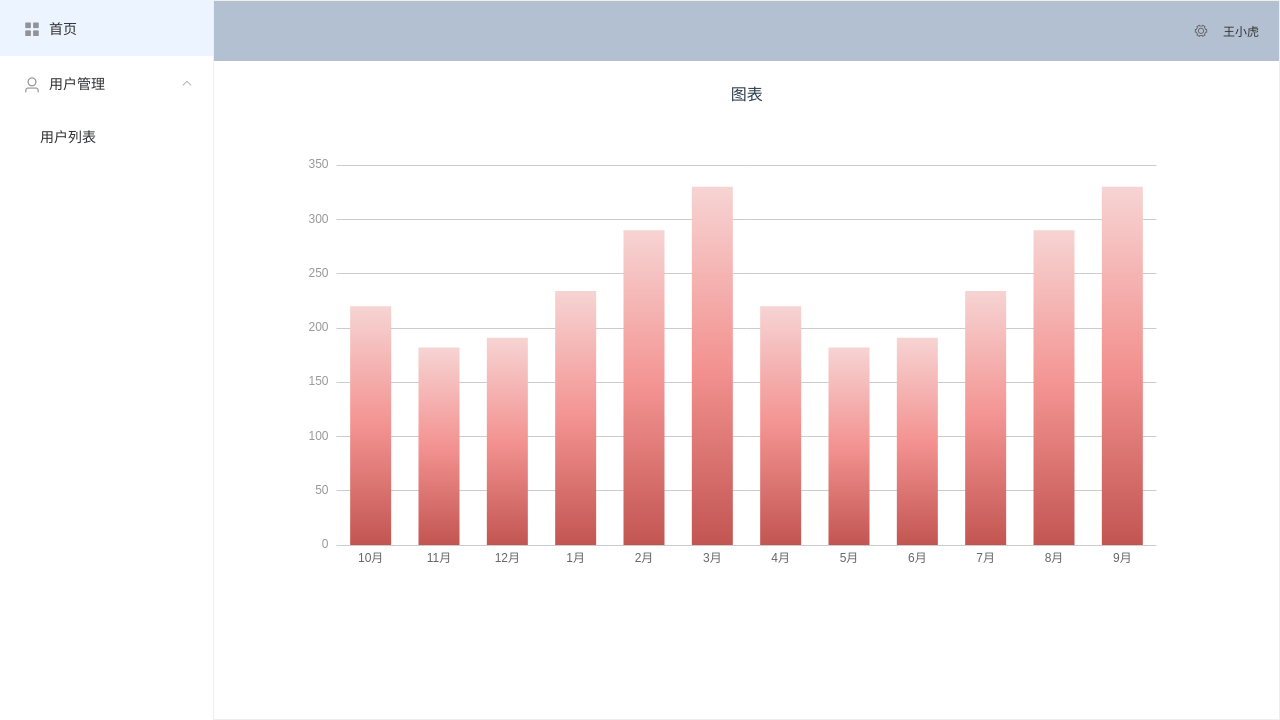
Repository: cmw520520/admin_vue
Page: /#/example/echart
The author's editor kept a copy of each file at every save. The page is drawn from the files as they stood at one save, then again after the next save.
The browser window is 1280 px wide. The pictures show the whole page.
The project was rebuilt for these pictures with package versions that can differ from the ones it lists, and the page was loaded fresh each time. Also part of the build but not shown: src/page/home/Home.vue, src/page/user/UserList.vue.

Above is the page before, as saved 2019-07-01 13:58:09.

### index.html
<!DOCTYPE html>
<html>
  <head>
    <meta charset="utf-8">
    <meta name="viewport" content="width=device-width,initial-scale=1.0">
    <title>cmw</title>
  </head>
  <body>
    <div id="app"></div>
    <!-- built files will be auto injected -->
  </body>
</html>

### src/App.vue
<template>
  <div id="app">
    <!-- <img src="./assets/logo.png"> -->
    <router-view/>
  </div>
</template>

<script>
export default {
  name: 'App'
}
</script>

<style>
#app {
  font-family: 'Avenir', Helvetica, Arial, sans-serif;
  -webkit-font-smoothing: antialiased;
  -moz-osx-font-smoothing: grayscale;
  text-align: center;
  color: #2c3e50;
  width: 100%;
  height: 100%;
  /* margin-top: 60px; */
}

body, html {
  margin: 0;
  padding: 0;
  height: 100%;
  width: 100%;
}
</style>

### src/router/index.js
import Vue from 'vue'
import Router from 'vue-router'
// import HelloWorld from '@/components/HelloWorld'
import Manage from '@/page/Manage'
import Home from '@/page/home/Home'
import UserList from '@/page/user/UserList'
import Echart from '../../example/Echart'

Vue.use(Router)

export default new Router({
  routes: [
    {
      path: '/',
      name: '',
      component: Manage,
      children: [
        {
          path: '',
          component: Home,
          meta: []
        },
        {
          path: '/user/userlist',
          component: UserList,
          meta: []
        },
        {
          path: '/example/echart',
          component: Echart,
          meta: ['图表']
        }
      ]
    }
  ]
})

### src/page/Manage.vue
<template>
  <el-container style="height: 100%;">
    <el-col :span="4" style="background-color: #ffffff;overflow:hidden;">
      <el-slider></el-slider>
    </el-col>

    <el-col :span="20" style="border: 1px solid #eee;overflow: auto;overflow-scrolling: touch;">
      <el-header style="text-align: right; font-size: 12px">
        <el-dropdown>
          <i class="el-icon-setting" style="margin-right: 15px"></i>
          <el-dropdown-menu slot="dropdown">
            <el-dropdown-item>查看</el-dropdown-item>
            <el-dropdown-item>新增</el-dropdown-item>
            <el-dropdown-item>删除</el-dropdown-item>
          </el-dropdown-menu>
        </el-dropdown>
        <span>王小虎</span>
      </el-header>

      <el-main>
        <transition name="fade" mode="out-in">
            <router-view></router-view>
        </transition>
      </el-main>
    </el-col>
  </el-container>
</template>

<script>
import slider from '@/components/Slider'

export default {
  name: 'manage',
  components: {
    'el-slider': slider
  }
}
</script>

<style>
.el-header {
  background-color: #b3c0d1;
  color: #333;
  line-height: 60px;
}

.el-aside {
  color: #333;
}

.fade-enter-active, .fade-leave-active {
    transition: opacity 0.5s, transform 0.5s;
}

.fade-enter, .fade-leave-to {
    opacity: 0;
}
</style>

### example/Echart.vue
<template>
  <el-row>
    <el-col>图表</el-col>
    <el-col>
        <div id="main" style="height:500px;"></div>
    </el-col>
  </el-row>
</template>

<script>
import echarts from "echarts/lib/echarts";
// 引入柱状图
import "echarts/lib/chart/bar";
import 'echarts/lib/component/tooltip';

export default {
  name: "echart",
  data() {
    return {
      chartBar: null
    }
  },
  mounted() {
    // 初始化图表
    this.chartInit();
  },
  methods: {
    // 初始化图表
    chartInit () {
      this.chartBar = echarts.init(document.getElementById("main"));
      this.chartBar.setOption({
          tooltip : {
            trigger: 'axis',
            axisPointer : {            // 坐标轴指示器，坐标轴触发有效
                type : ''        // 默认为直线，可选为：'line' | 'shadow'
            }
          },
          xAxis: {
            data:  ['10月', '11月', '12月', '1月', '2月', '3月', '4月', '5月', '6月', '7月', '8月', '9月'],
            axisLabel: {
                inside: false,
                textStyle: {
                    color: '#666666'
                }
            },
            axisTick: {
                show: false
            },
            axisLine: {
                show: false
            },
            z: 10
            },
          yAxis: {
            axisLine: {
                show: false
            },
            axisTick: {
                show: false
            },
            axisLabel: {
                textStyle: {
                    color: '#999'
                }
            }
          },
          dataZoom: [
            {
                type: 'inside'
            }
          ],
          series: [
            { // For shadow
                type: 'bar',
                itemStyle: {
                    normal: {color: 'rgba(0,0,0,0.05)'}
                },
                barGap:'-100%',
                barCategoryGap:'40%',
                data: [],
                animation: false
            },
            {
                type: 'bar',
                itemStyle: {
                    normal: {
                        color: new echarts.graphic.LinearGradient(
                            0, 0, 0, 1,
                            [
                                {offset: 0, color: '#f6d4d3'},
                                {offset: 0.5, color: '#f39391'},
                                {offset: 1, color: '#C25552'}
                            ]
                        )
                    },
                    emphasis: {
                        color: new echarts.graphic.LinearGradient(
                            0, 0, 0, 1,
                            [
                                {offset: 1, color: '#f6d4d3'},
                                {offset: 0.5, color: '#f39391'},
                                {offset: 0, color: '#C25552'}
                            ]
                        )
                    }
                },
                data: [220, 182, 191, 234, 290, 330, 220, 182, 191, 234, 290, 330]
            }
          ]
        });
    }
  }
}
</script>

<style>
</style>

### src/components/Slider.vue
<template>
  <el-menu :default-openeds="['1', '3']" style="border:none;text-align:left;" router>
    <label v-for="(item, index) in navMenu" :key="index">
      <el-menu-item v-if="item.isHeader" :index="item.component">
        <i :class=item.icon></i>
        <span slot="title">{{ item.name }}</span>
      </el-menu-item>

      <el-submenu v-else :index="String(index)">
        <template slot="title">
          <i :class=item.icon></i>{{ item.name }}
        </template>
        <el-menu-item v-for="(item2, index2) in item.children" :key="index2" :index="item2.component">{{ item2.name }}</el-menu-item>
      </el-submenu>
    </label>
  </el-menu>
</template>

<script>
export default {
  name: 'slider',
  data () {
    return {
      navMenu: [
        {
          isHeader: true,
          name: '首页',
          icon: 'el-icon-menu',
          component: '/'
        },
        {
          name: '用户管理',
          icon: 'el-icon-user',
          children: [
            {
              name: '用户列表',
              component: '/user/userlist'
            }
          ]
        }
      ]
    }
  }
}
</script>

<style>
</style>

Loaded but not shown: src/main.js (common file)

After the next save:
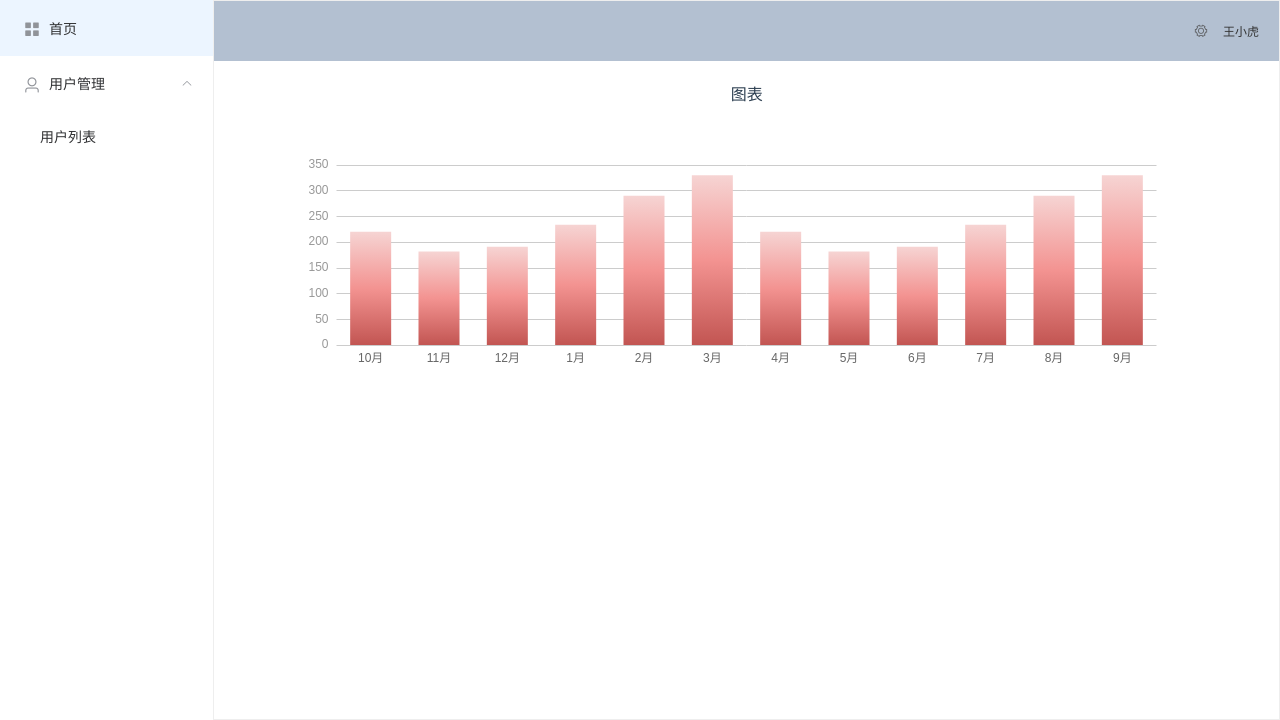
Saved 51 s later.
--- a/example/Echart.vue
+++ b/example/Echart.vue
@@ -2,7 +2,7 @@
   <el-row>
     <el-col>图表</el-col>
     <el-col>
-        <div id="main" style="height:500px;"></div>
+        <div id="main" style="height:300px;"></div>
     </el-col>
   </el-row>
 </template>
